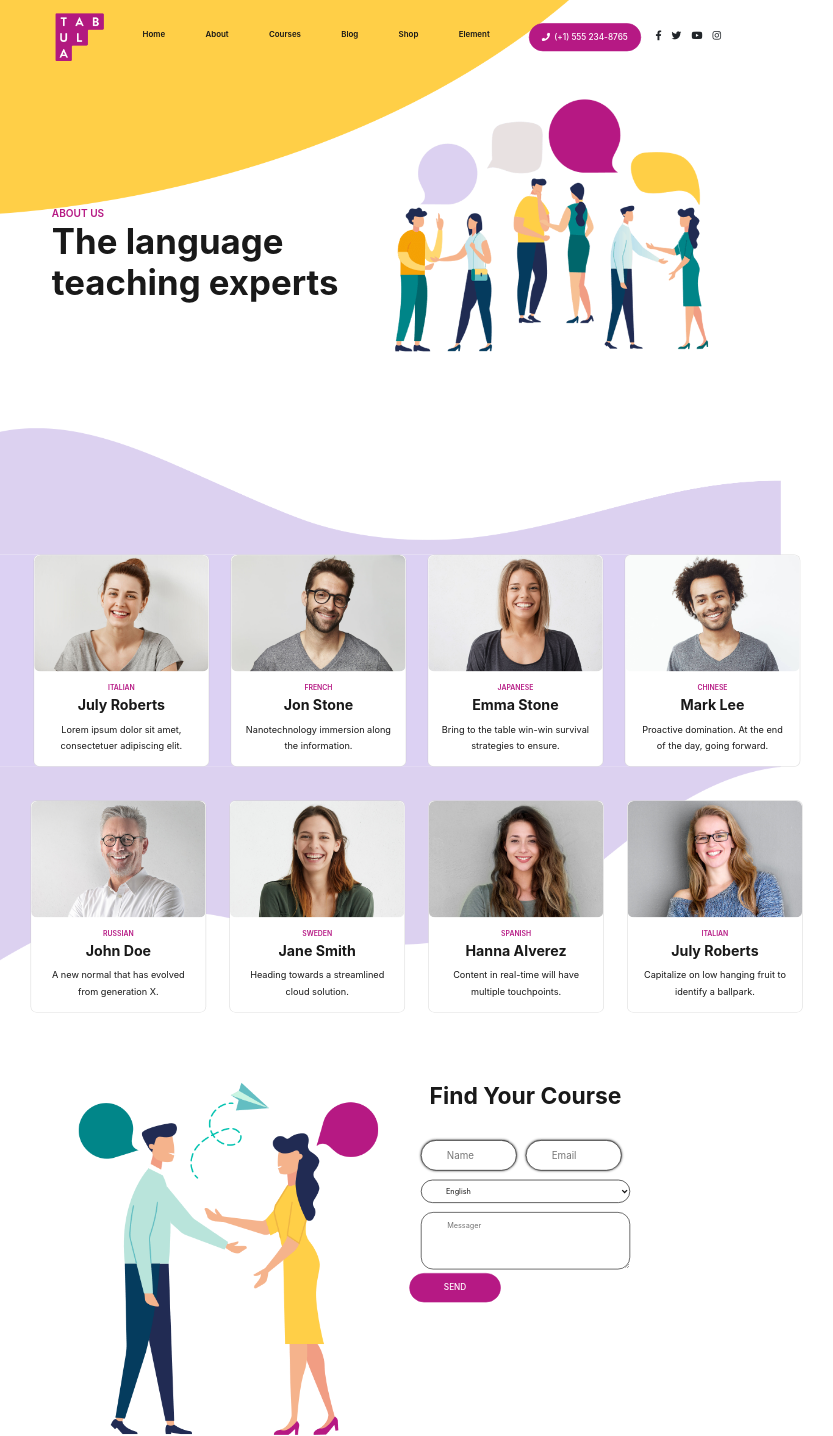
Repository: Khanh1234-glitch/TruongNguyenBaoKhanh_BC22_assignment__tabula
Page: Tabula/index.html
The author's editor kept a copy of each file at every save. The page is drawn from the files as they stood at one save, then again after the next save.
The browser window is 1280 px wide. The page is 1366 px wide, so the pictures cover 1366 px, including what lies to the right of the window. The pictures show the whole page, at 61% of full size.
The style sheet was rebuilt from its Sass, Less or Tailwind sources for each picture, by a compiler version that may differ from the author's.

Above is the page before, as saved 2022-04-18 10:05:41.

After the next save:
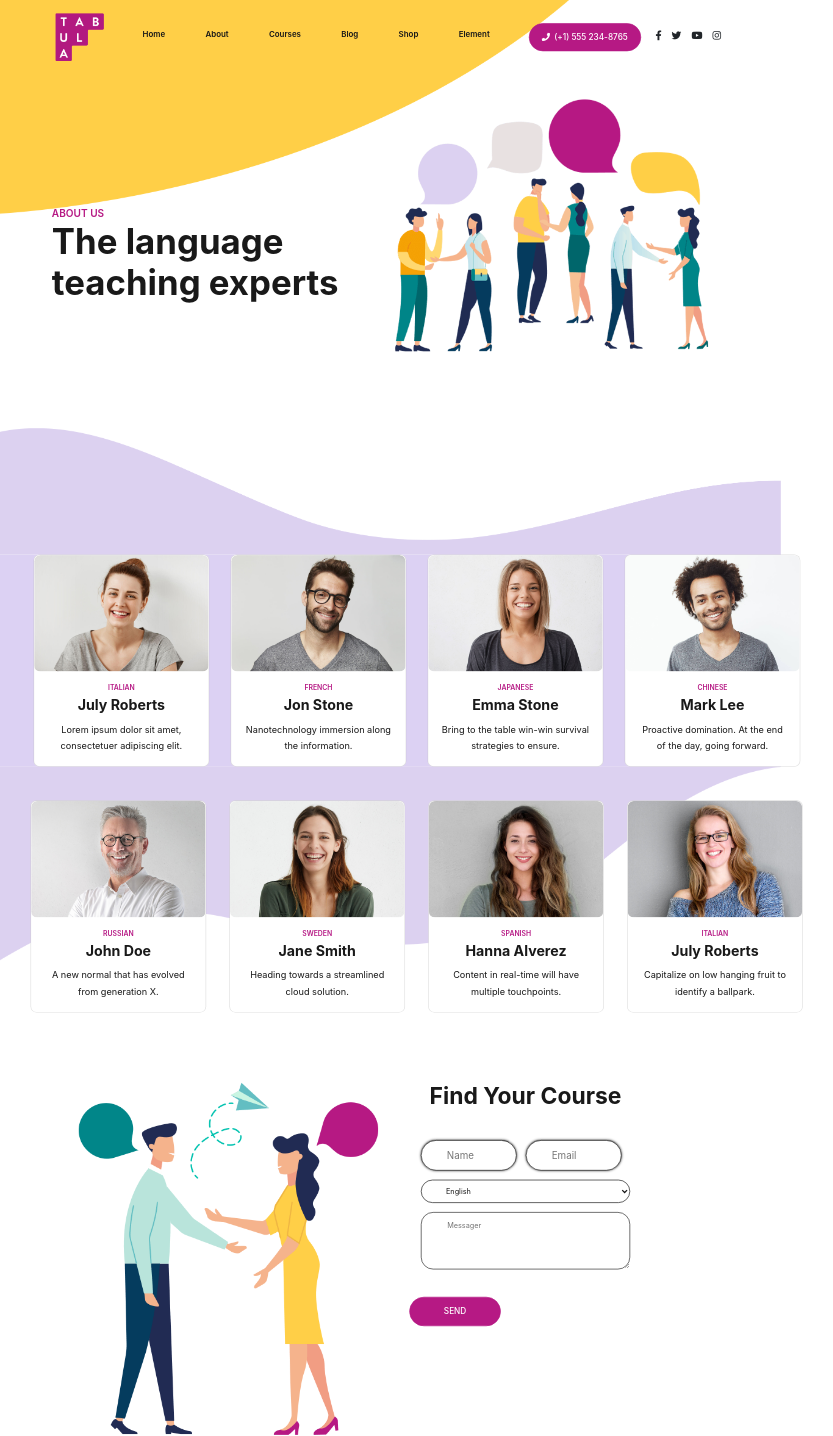
Saved 30 s later.
--- a/Tabula/Sass/Component/_footer-form.scss
+++ b/Tabula/Sass/Component/_footer-form.scss
@@ -52,6 +52,7 @@
                 .text-form {
                     display: flex;
                     justify-content: center;
+                    margin-bottom: 45px;
                     textarea {
                         width: 343px;
                         height: 94px;
